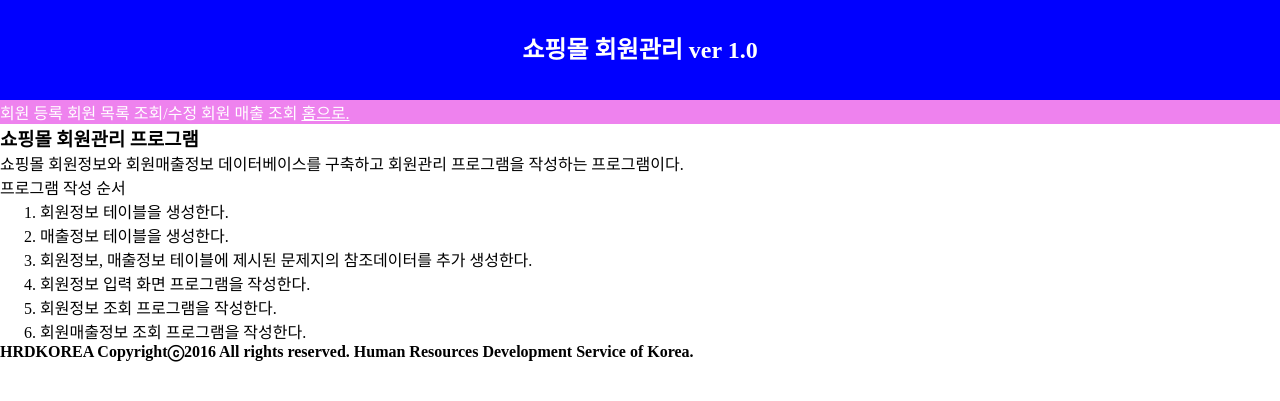
Repository: brightjy/Today-what-I-practiced
Page: http://localhost/HRD_900108/main/main.jsp
An editor plug-in stored every save of this project. The page is shown before and after the next save, followed by the edit.
The browser window is 1280 px wide. The pictures show the whole page.
The page is served by Tomcat 9.

Above is the page before, as saved 2020-05-09 11:38:01.

### hrdkorea_0509/HRD_900108/WebContent/main/main.jsp
<%@ page language="java" contentType="text/html; charset=UTF-8"
    pageEncoding="UTF-8"%>
<!DOCTYPE html>
<html>
<head>
<meta charset="UTF-8">
<title>Insert title here</title>
<style>
	*{
		margin:0 auto;
	}
	header{
		height:100px;
	}
	header {
		background-color:blue;
	}
	header h2{
		text-align:center;
		line-height:100px;
		color:white;
	}
	nav{
		background-color:violet;
	}
	nav a{
		color: white;
	}
</style>
</head>
<body>
	<jsp:include page="../main/header.jsp"/>
	<section>
		<h3>쇼핑몰 회원관리 프로그램</h3>
		<p>쇼핑몰 회원정보와 회원매출정보 데이터베이스를 구축하고 회원관리 프로그램을 작성하는 프로그램이다.</p>
		<p>프로그램 작성 순서</p>
		<ol>
			<li>회원정보 테이블을 생성한다.</li>
			<li>매출정보 테이블을 생성한다.</li>
			<li>회원정보, 매출정보 테이블에 제시된 문제지의 참조데이터를 추가 생성한다.</li>
			<li>회원정보 입력 화면 프로그램을 작성한다.</li>
			<li>회원정보 조회 프로그램을 작성한다.</li>
			<li>회원매출정보 조회 프로그램을 작성한다.</li>
		</ol>
	</section>
	<jsp:include page="../main/footer.jsp"/>
</body>
</html>

### hrdkorea_0509/HRD_900108/WebContent/main/header.jsp
<%@ page language="java" contentType="text/html; charset=UTF-8"
    pageEncoding="UTF-8"%>
<!DOCTYPE html>
<html>
<head>
<meta charset="UTF-8">
<title>Insert title here</title>

</head>
<body>
	<header>
		<h2>쇼핑몰 회원관리 ver 1.0</h2>
	</header>
	<nav>
		<a>회원 등록</a>
		<a>회원 목록 조회/수정</a>
		<a>회원 매출 조회</a>
		<a href="main.do">홈으로.</a>
	</nav>
</body>
</html>

### hrdkorea_0509/HRD_900108/WebContent/main/footer.jsp
<%@ page language="java" contentType="text/html; charset=UTF-8"
    pageEncoding="UTF-8"%>
<!DOCTYPE html>
<html>
<head>
<meta charset="UTF-8">
<title>Insert title here</title>
</head>
<body>
	<footer>
		<h4>HRDKOREA Copyrightⓒ2016 All rights reserved. Human Resources Development Service of Korea.</h4>
	</footer>
</body>
</html>

After the next save:
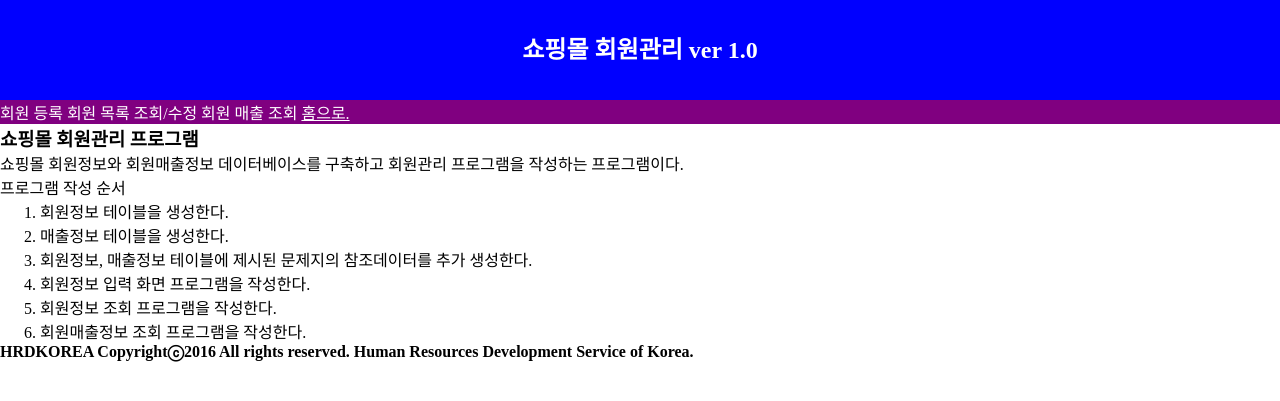
Saved 7 s later.
--- a/hrdkorea_0509/HRD_900108/WebContent/main/main.jsp
+++ b/hrdkorea_0509/HRD_900108/WebContent/main/main.jsp
@@ -21,7 +21,7 @@
 		color:white;
 	}
 	nav{
-		background-color:violet;
+		background-color:purple;
 	}
 	nav a{
 		color: white;
